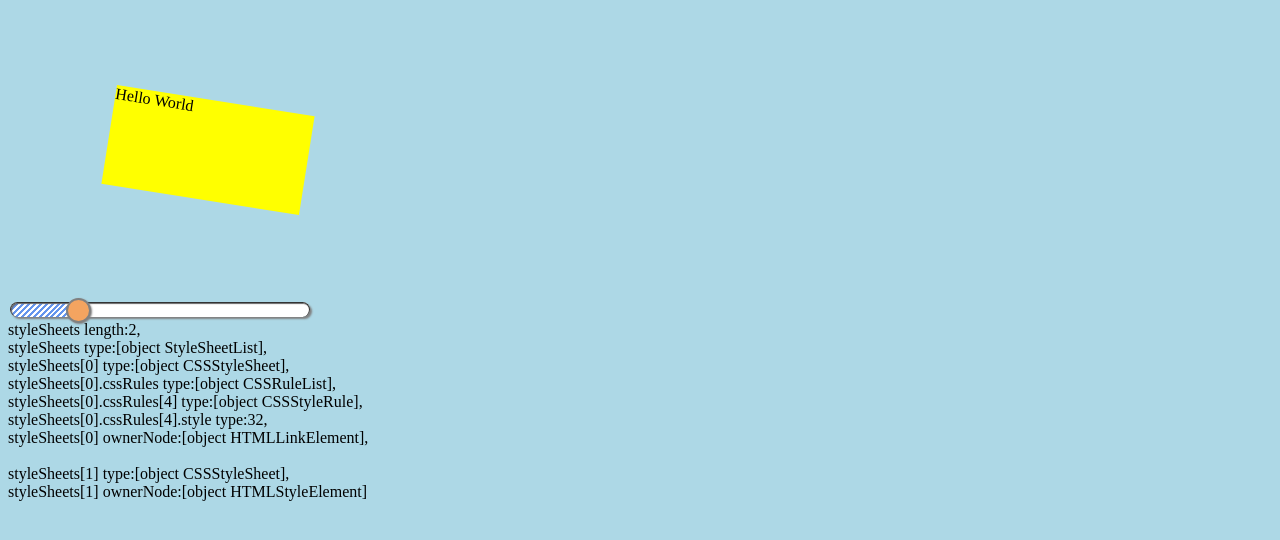
Repository: Jhin7782/HBuilder-Projects
Page: 【CSS】/动画/2d/transform/get-styleSheet.cssRules[i].style.html
An editor plug-in stored every save of this project. The page is shown before and after the next save, followed by the edit.
The browser window is 1280 px wide. The pictures show the whole page.

Above is the page before, as saved 2017-06-13 15:10:36.

### 【CSS】/动画/2d/transform/get-styleSheet.cssRules[i].style.html
<!DOCTYPE html>
<html>
	<!--
		https://segmentfault.com/a/1190000004355197?_ea=580742
	-->
	<head>
		<meta charset="UTF-8" />
		<title></title>
		<link rel="stylesheet" type="text/css" href="css/input-range.css" />
		<style>
			div {
				margin: 100px;
				width: 200px;
				height: 100px;
				background-color: yellow;
				/* Rotate div */
				transform: rotate(9deg);
				-ms-transform: rotate(9deg);
				-moz-transform: rotate(9deg);
				-webkit-transform: rotate(9deg);
				-o-transform: rotate(9deg);
			}
		</style>
	</head>

	<body>

		<div>Hello World</div>
		<input type="range" id="rotateBox-slider" value="20" min="0" max="100" step="1" />

		<script type="text/javascript">
			var rotateBoxSlider = document.getElementById("rotateBox-slider");

			var styleSheets = document.styleSheets;
//			var styleSheet0 = styleSheets[0];
//			var styleSheet1 = styleSheets[1];
			var styleSheet0 = document.getElementsByTagName('link')[0].sheet;
			var styleSheet1 = document.getElementsByTagName('style')[0].sheet;
			document.writeln(
				" <br />styleSheets length:" + styleSheets.length +
				",<br />styleSheets type:" + styleSheets +
				",<br />styleSheets[0] type:" + styleSheet0 +
				",<br />styleSheets[0].cssRules type:" + styleSheet0.cssRules +
				",<br />styleSheets[0].cssRules[4] type:" + styleSheet0.cssRules[4] +
				",<br />styleSheets[0].cssRules[4].style type:" + styleSheet0.cssRules[4].style.length +
				",<br />styleSheets[0] ownerNode:" + styleSheet0.ownerNode +
				",<br /><br />styleSheets[1] type:" + styleSheet1 +
				",<br />styleSheets[1] ownerNode:" + styleSheet1.ownerNode
			);

			rotateBoxSlider.oninput = function() {
				console.log(this.value)
				var cssRule = "input[type=range]::-webkit-slider-runnable-track {background-size: " + this.value + "% 100%;}"
//				styleSheets[1].insertRule(cssRule, 0);
				styleSheets[1].insertRule(".red {color: red;}", 0);
			}
		</script>
	</body>

</html>

### 【CSS】/动画/2d/transform/css/input-range.css
body {
	background: lightblue;
}

input[type=range]:focus {
	-webkit-tap-highlight-color: none;
	border: none;
	outline: none;
}

input[type=range] {
	-webkit-appearance: none;
	width: 300px;
	height: 15px;
	background: white;
	/*border: 1px solid #333;*/
	-webkit-border-radius: 25px;
	border-radius: 25px;
}

input[type=range]::-webkit-slider-thumb {
	-webkit-appearance: none;
	width: 25px;
	height: 25px;
	margin-top: -5px;
	background: sandybrown;
	border: 2px solid gray;
	-webkit-border-radius: 25px;
	border-radius: 25px;
	-webkit-box-shadow: 1px 1px 2px gray;
	box-shadow: 1px 1px 2px gray;
}

input[type=range]::-webkit-slider-runnable-track {
	height: 15px;
	background: repeating-linear-gradient(135deg, cornflowerblue, cornflowerblue 4%, white 0%, white 8%) no-repeat;
	background-size: 20% 100%;
	border: 1px solid #333;
	border-bottom: none;
	-webkit-border-radius: 25px;
	border-radius: 25px;
	-webkit-box-shadow: 2px 2px 2px gray, 1px 1px 1px #666 inset;
	box-shadow: 2px 2px 2px gray, 1px 1px 1px #666 inset;
}

After the next save:
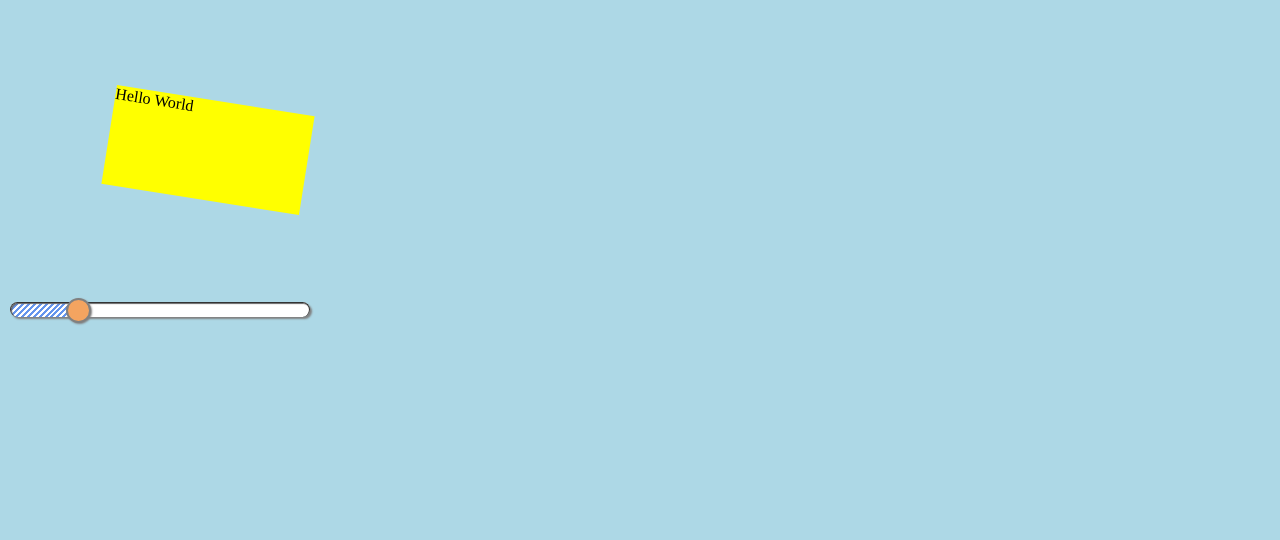
Console error: TypeError: Cannot read properties of undefined (reading 'style')
Saved 17 s later.
--- a/【CSS】/动画/2d/transform/get-styleSheet.cssRules[i].style.html
+++ b/【CSS】/动画/2d/transform/get-styleSheet.cssRules[i].style.html
@@ -42,7 +42,7 @@
 				",<br />styleSheets[0] type:" + styleSheet0 +
 				",<br />styleSheets[0].cssRules type:" + styleSheet0.cssRules +
 				",<br />styleSheets[0].cssRules[4] type:" + styleSheet0.cssRules[4] +
-				",<br />styleSheets[0].cssRules[4].style type:" + styleSheet0.cssRules[4].style.length +
+				",<br />styleSheets[0].cssRules[4].style type:" + styleSheet1.cssRules[4].style.length +
 				",<br />styleSheets[0] ownerNode:" + styleSheet0.ownerNode +
 				",<br /><br />styleSheets[1] type:" + styleSheet1 +
 				",<br />styleSheets[1] ownerNode:" + styleSheet1.ownerNode

After the save that followed:
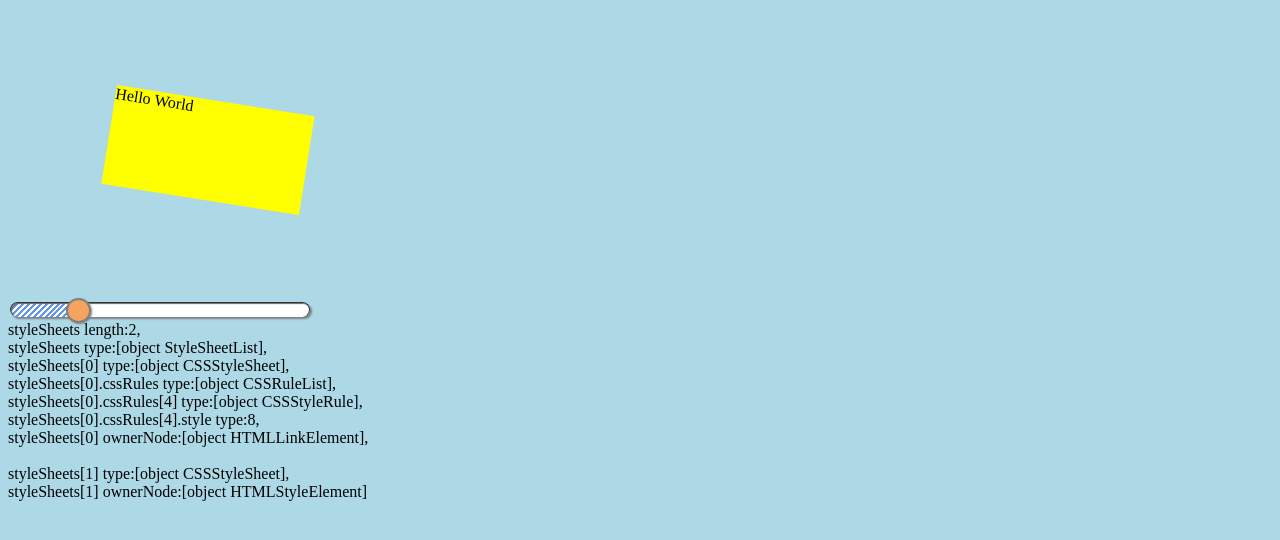
The error is gone.
Saved 18 s later.
--- a/【CSS】/动画/2d/transform/get-styleSheet.cssRules[i].style.html
+++ b/【CSS】/动画/2d/transform/get-styleSheet.cssRules[i].style.html
@@ -42,7 +42,7 @@
 				",<br />styleSheets[0] type:" + styleSheet0 +
 				",<br />styleSheets[0].cssRules type:" + styleSheet0.cssRules +
 				",<br />styleSheets[0].cssRules[4] type:" + styleSheet0.cssRules[4] +
-				",<br />styleSheets[0].cssRules[4].style type:" + styleSheet1.cssRules[4].style.length +
+				",<br />styleSheets[0].cssRules[4].style type:" + styleSheet1.cssRules[0].style.length +
 				",<br />styleSheets[0] ownerNode:" + styleSheet0.ownerNode +
 				",<br /><br />styleSheets[1] type:" + styleSheet1 +
 				",<br />styleSheets[1] ownerNode:" + styleSheet1.ownerNode
